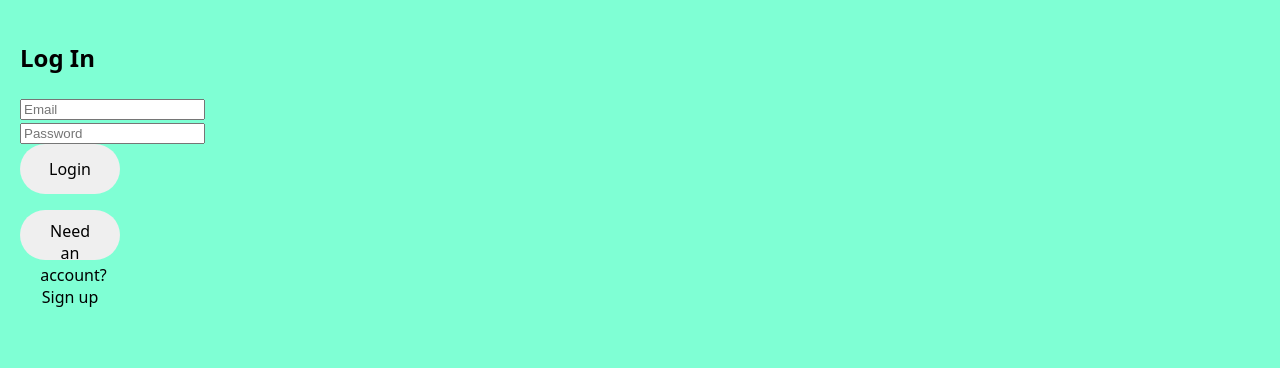
Repository: rosieomusic/chore-app
Page: /
These files come from the project's save history. The page is drawn as it stood at one moment and after the next save; the edit follows.
The browser window is 1280 px wide. The pictures show the whole page.
The project was rebuilt for these pictures with package versions that can differ from the ones it lists, and the page was loaded fresh each time. Also part of the build but not shown: vite.config.js, src/components/ChoreListStyles.module.css, src/components/ChoreListComponent.jsx.

Above is the page before, as saved 2025-06-08 21:40:50.

### src/index.css
:root {
	font-family: system-ui, Avenir, Helvetica, Arial, sans-serif;
	line-height: 1.5;
	font-weight: 400;

	font-synthesis: none;
	text-rendering: optimizeLegibility;
	-webkit-font-smoothing: antialiased;
	-moz-osx-font-smoothing: grayscale;
}

a {
	font-weight: 500;

	text-decoration: inherit;
}
a:hover {
	color: #535bf2;
}

body,
html {
	margin: 0;
	display: block;
}
@font-face {
	font-family: 'alagard';
	src: url(./fonts/alagard.ttf);
}
h1 {
	font-family: 'alagard';
	font-size: 3.2em;
	line-height: 1.1;
}

button {
	border-radius: 8px;
	border: 1px solid transparent;
	padding: 0.6em 1.2em;
	font-size: 1em;
	font-weight: 500;
	font-family: inherit;

	cursor: pointer;
	transition: border-color 0.25s;
}
button:hover {
	border-color: #646cff;
}
button:focus,
button:focus-visible {
	outline: 4px auto -webkit-focus-ring-color;
}

### src/App.jsx
// src/App.js
import { useEffect, useState } from 'react';
import supabase from './supabaseClient';
import Login from './Login';
import ChoreListComponent from './components/ChoreListComponent';
import './App.css';

function App() {
	const [user, setUser] = useState(null);
	const [profile, setProfile] = useState(null);

	useEffect(() => {
		supabase.auth.getUser().then(({ data: { user } }) => {
			setUser(user);
		});

		const { data: listener } = supabase.auth.onAuthStateChange(
			(_event, session) => {
				setUser(session?.user ?? null);
			}
		);

		return () => listener?.subscription.unsubscribe();
	}, []);

	useEffect(() => {
		const fetchProfile = async () => {
			if (!user) return;

			const { data, error } = await supabase
				.from('profiles')
				.select('name, avatar')
				.eq('user_id', user.id)
				.single();

			if (error) console.error('Error fetching profile:', error);
			else setProfile(data);
		};

		fetchProfile();
	}, [user]);

	const handleLogout = async () => {
		await supabase.auth.signOut();
	};

	if (!user) return <Login onLogin={setUser} />;

	return (
		<div className='app-container'>
			<div id='welcome'>
				<h1>Welcome, {profile?.name || 'loading...'}</h1>
				{profile?.avatar && (
					<img
						src={profile.avatar}
						alt='avatar'
						style={{ width: 100, height: 100 }}
					/>
				)}
			</div>
			<main>
				<ChoreListComponent />
			</main>
			<button onClick={handleLogout}>Log Out</button>
		</div>
	);
}

export default App;

### src/supabaseClient.js
// supabaseClient.js
import { createClient } from '@supabase/supabase-js';

const supabaseUrl = 'https://kuifvftsbrsiezbespzg.supabase.co';
const supabaseAnonKey =
	'eyJhbGciOiJIUzI1NiIsInR5cCI6IkpXVCJ9.eyJpc3MiOiJzdXBhYmFzZSIsInJlZiI6Imt1aWZ2ZnRzYnJzaWV6YmVzcHpnIiwicm9sZSI6ImFub24iLCJpYXQiOjE3NDk0MDE4MzEsImV4cCI6MjA2NDk3NzgzMX0.miFwdZT5puXqjOl3EsSnvVgXaFHLg5pYHmHz62r7bj8';

export const supabase = createClient(supabaseUrl, supabaseAnonKey);

export default supabase;

### src/Login.jsx
// src/Login.js
import { useState } from 'react';
import supabase from './supabaseClient';

export default function Login({ onLogin }) {
	const [email, setEmail] = useState('');
	const [password, setPassword] = useState('');
	const [isSigningUp, setIsSigningUp] = useState(false);
	const [error, setError] = useState(null);

	const handleAuth = async (e) => {
		e.preventDefault();
		setError(null);

		const { data, error } = isSigningUp
			? await supabase.auth.signUp({ email, password })
			: await supabase.auth.signInWithPassword({ email, password });

		if (error) setError(error.message);
		else onLogin(data.user);
	};

	return (
		<div style={{ padding: 20 }}>
			<h2>{isSigningUp ? 'Sign Up' : 'Log In'}</h2>
			<form onSubmit={handleAuth}>
				<input
					type='email'
					placeholder='Email'
					value={email}
					onChange={(e) => setEmail(e.target.value)}
					required
				/>
				<br />
				<input
					type='password'
					placeholder='Password'
					value={password}
					onChange={(e) => setPassword(e.target.value)}
					required
				/>
				<br />
				<button type='submit'>
					{isSigningUp ? 'Create Account' : 'Login'}
				</button>
			</form>
			<p style={{ color: 'red' }}>{error}</p>
			<button onClick={() => setIsSigningUp(!isSigningUp)}>
				{isSigningUp
					? 'Already have an account? Log in'
					: 'Need an account? Sign up'}
			</button>
		</div>
	);
}

### src/App.css
#root {
	margin: 0;
	background-color: aquamarine;
	height: 100dvh;
}
.app-container {
	display: flex;
	flex-direction: column;
	justify-content: center;
	align-items: center;
}
#welcome {
	display: flex;
	justify-content: center;
}
main {
	justify-content: center;
}
button {
	width: 100px;
	height: 50px;
	border-radius: 25px;
}

@font-face {
	font-family: 'alagard';
	src: url(./fonts/alagard.ttf);
}

Loaded but not shown: index.html (common file); src/main.jsx (common file)

After the next save:
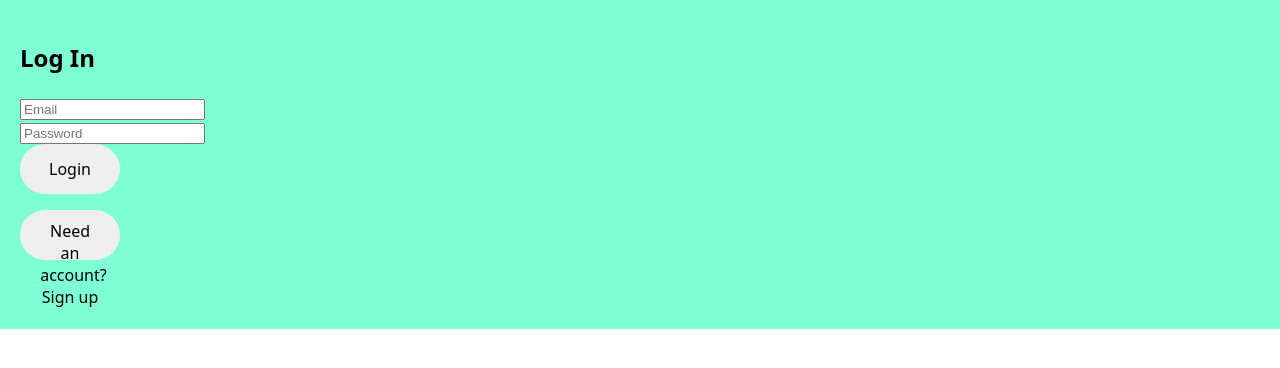
Saved 8 min 53 s later.
--- a/src/App.css
+++ b/src/App.css
@@ -1,7 +1,7 @@
 #root {
 	margin: 0;
 	background-color: aquamarine;
-	height: 100dvh;
+	height: 100;
 }
 .app-container {
 	display: flex;
